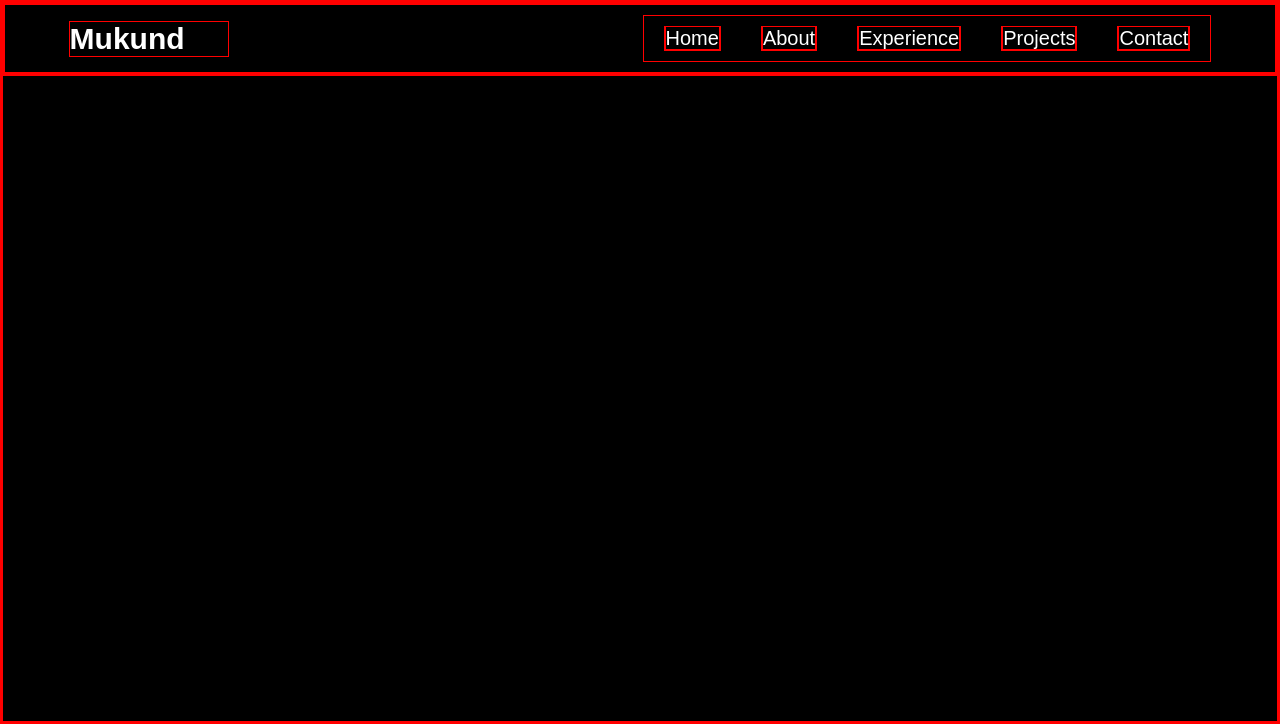
Repository: mukundgangurde/expense-tracker
Page: index.html
The author's editor kept a copy of each file at every save. The page is drawn from the files as they stood at one save, then again after the next save.
The browser window is 1280 px wide. The pictures show the whole page.

Above is the page before, as saved 2025-11-02 17:51:00.

After the next save:
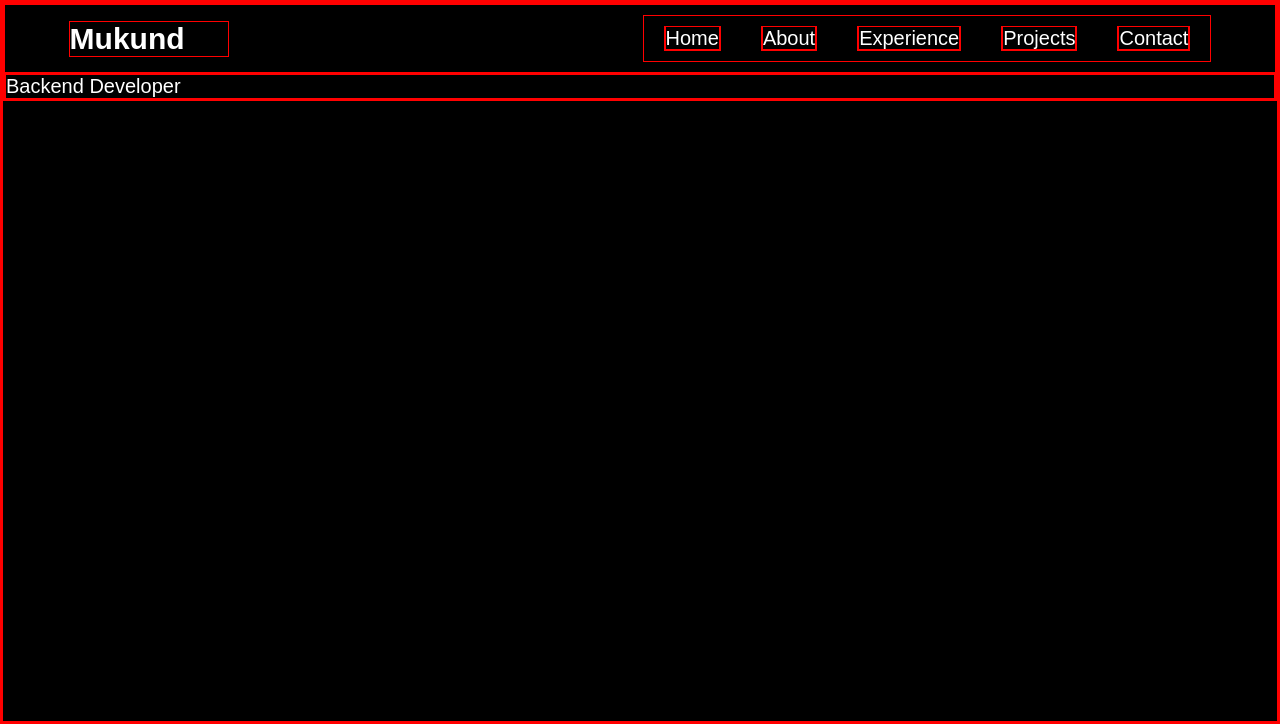
Saved 15 s later.
--- a/index.html
+++ b/index.html
@@ -25,7 +25,7 @@
       <!-- /Navigation Bar -->
 
       <div class="header-text">
-
+        <p>Backend Developer</p>
       </div>
     </div>
   </div>
